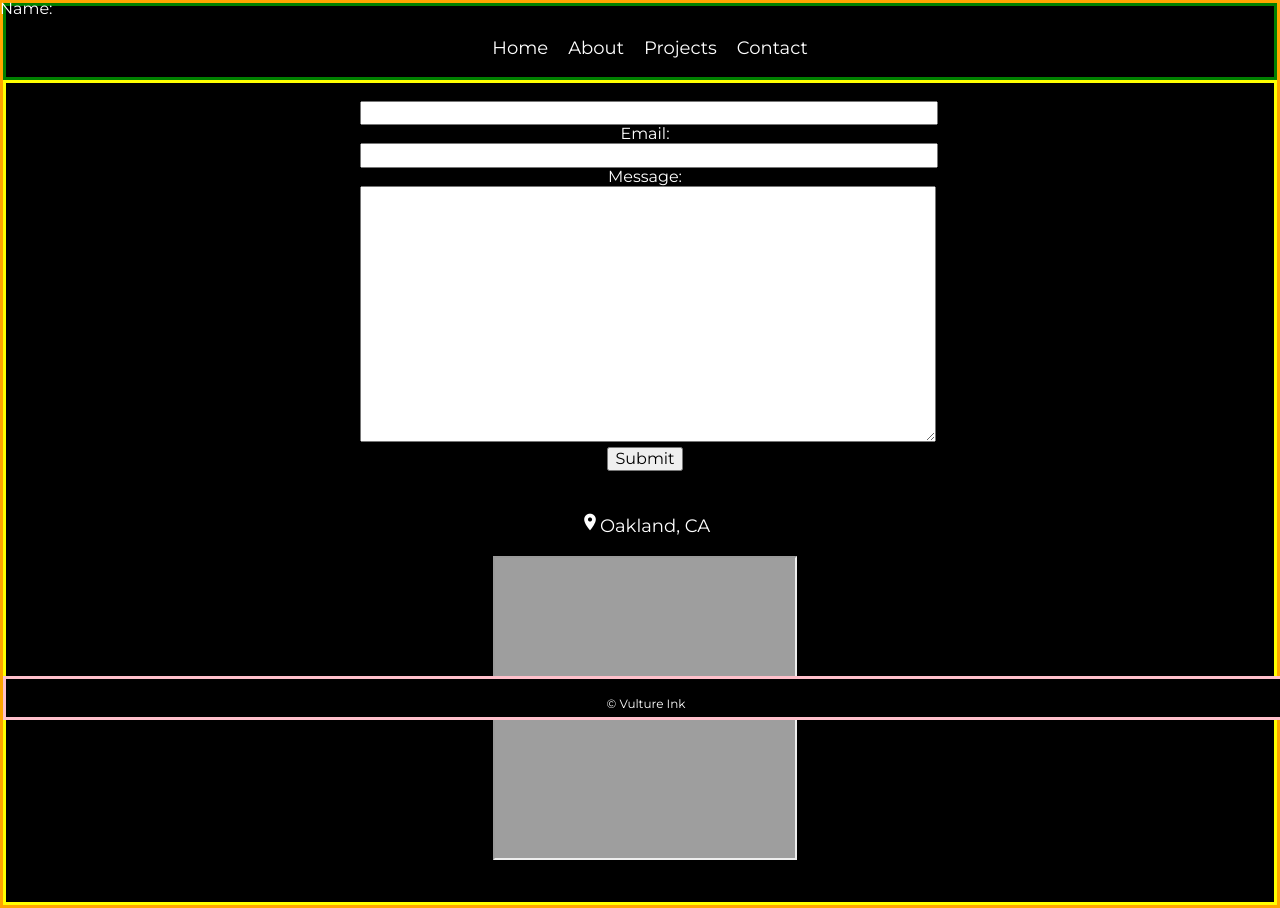
Repository: kaitlynMidori/anon_ink
Page: pages/Contact.html
These files come from the project's save history. The page is drawn as it stood at one moment and after the next save; the edit follows.
The browser window is 1280 px wide. The pictures show the whole page.
Pictures or frames that could not be fetched are drawn as grey boxes. Some web libraries are served in a nearby version.

Above is the page before, as saved 2021-09-07 13:22:00.

### pages/Contact.html
<!DOCTYPE html>
<html lang= "en">
    <head>
        <meta charset="utf-8">
        <meta name="viewport" content="width=device-width, initial-scale=1.0">
        <title>Contact</title>
        <link href="https://cdnjs.cloudflare.com/ajax/libs/normalize/8.0.1/normalize.min.css" rel="stylesheet" type="text/css" />
        <link href="https://fonts.googleapis.com/css2?family=Montserrat&display=swap" rel="stylesheet">
        <link href="../style.css" rel="stylesheet" type="text/css" />
      </head>

<body>

    <header>
        <!-- <div class="logo">ANONYMOUS INK</div> -->
        <nav>
          <ul id="menu">
            <li><a href="/index.html">Home</a></li>
            <li><a href="/Pages/About.html">About</a></li>
            <li><a href="/Pages/Projects.html">Projects</a></li>
            <!-- <li><a href="/Pages/Resume.html">Resume</a></li> -->
            <li><a href="/Pages/Contact.html">Contact</a></li>
          </ul>
        </nav>
      </header>
<main>

<!-- Contact -->

    <section>
      <!-- <h2>Get in Touch</h2> -->
      <div class="contact-container">

        <div class="contact-form">
            <form action="https://formspree.io/f/xrgoqyge" method="post">
              <label class="user-name" data-shrink="false">Name:</label>
              <input id="user-name" type="text" name="name">

              <label for="user-email">Email:</label>
              <input id="user-email" type="text" name="email">

              <label for="user-message">Message:</label> <textarea id="user-message" name="message"></textarea>
              <button type="submit">Submit</button>
            </form>
          </div>
          <div class="location">
            <p><i class="material-icons" style="font-size:20px">location_on</i>Oakland, CA</p>
            <p><iframe src="https://www.google.com/maps/embed?pb=!1m18!1m12!1m3!1d201877.73430325926!2d-122.37538914908166!3d37.758634650214724!2m3!1f0!2f0!3f0!3m2!1i1024!2i768!4f13.1!3m3!1m2!1s0x80857d8b28aaed03%3A0x71b415d535759367!2sOakland%2C%20CA!5e0!3m2!1sen!2sus!4v1602104516145!5m2!1sen!2sus" width="300" height="300" allowfullscreen="" ></iframe></p>
          </div>
      </div>
    </section>
  </main>

  <footer>
    <p>© Vulture Ink</p>
  </footer>
  <script
      src="https://code.jquery.com/jquery-3.2.1.min.js"
      integrity="sha256-hwg4gsxgFZhOsEEamdOYGBf13FyQuiTwlAQgxVSNgt4="
      crossorigin="anonymous"></script>
<link rel="stylesheet" href="https://cdnjs.cloudflare.com/ajax/libs/font-awesome/4.7.0/css/font-awesome.min.css">
<link href="https://fonts.googleapis.com/icon?family=Material+Icons" rel="stylesheet">

  </body>
</html>

### style.css

/***************** General ******************/
body {
    border: solid orange;
    height: 100%;
    background-color: black;
    color: white;
    margin: none;
    font-family: 'Montserrat', sans-serif;
    padding-top: 0;
  }

  /************** navigation ***************/
  header nav {
    display: flex;
    flex-direction: row;
    justify-content: center;
    margin-top: 14px;
  }

  header nav ul {
    display: flex;
    flex-direction: row;
    padding-bottom: 0;
  }

  header nav ul li {
    list-style-type: none;
  }

  header ul li a {
    color: white;
    text-decoration: none;
    padding: 0 20px 0 0;
    font-family: 'Montserrat', sans-serif;
  }

  /************* Primary Groups ****************/
  header {
    font-size: 18px;
    background-color: black;
    margin: 0;
    border: solid green;
  }

  main {
    margin: auto;
    justify-content: center;
    justify-items: center;
    text-align: center;
    border: solid yellow;
    padding-top: 10px;
    padding-bottom: 10px;
  }

  footer {
    position: fixed;
    background-color: black;
    bottom: 0;
    width: 100%;
    border: solid pink;
  }

  /****************** Typography ******************/
  h1 {
    font-size: 28px;
    font-family: 'Montserrat', sans-serif;
    color: white;
    font-weight: 400;
  }

  h2 {
    font-size: 26px;
    color: rgb(17, 17, 17);
    font-family: 'Montserrat', sans-serif;
    text-align: center;
    font-weight: 400;
    margin: 0 10px;
  }

  h3 {
    font-size: 15px;
    font-family: 'Montserrat', sans-serif;
    font-weight: 430;
  }

  p {
    font-family: 'Montserrat', sans-serif;
    font-size: 18px;
    line-height: 1.3em;
    margin-bottom: 0;
  }

  main a {
    font-weight: 700;
    text-decoration: none;
  }

  main a:visited{
    color: blue;
  }
  /* main main a:hover{color: greenyellow;} */
  /* a:active{color:  rgb(143, 156, 33);} */

  footer p {
    font-size: 12px;
    color: white;
    text-align: center;
    padding: 5px;
  }

  footer h2 {
    color: black;
  }
/*
  img.image-enhanced {
    max-width: 350px;
    border-radius: 8px;
  }

  .item-double {
    color: rgb(17, 17, 17);
    flex: 2;
  }
   */
  /* Desktop groups/items */
  /* @media all and (min-width: 600px){
    section {
      padding: 0%;
    }
    .group {
      display: flex;
      flex-direction: row;
      flex-wrap: wrap;
    }
  } */

  /* ***********  home ************** */

  .home-video {
    position: fixed;
    right: 0px;
    bottom: 0px;
    min-width: 100%;
    min-height: 100%;
    width: auto;
    height: auto;
    z-index: -1;
  }

  /* ************ about *************** */

  .about-container {
    overflow: scroll;
    align-items: center;
    justify-content: center;
    flex-direction: column-reverse;
    margin: auto;
    padding: 15px;
    display: flex;
    text-align: center;
    flex-wrap: wrap;
  }

  .about-item {
    text-align: left;
    display: flex;
    flex-wrap: wrap;
    margin: auto;
  }

  /**************** projects ****************/
  .card-container {
    max-width: 900px;
    min-width: 370px;
    margin: auto;
    display: flex;
    flex-direction: row;
    flex-wrap: wrap;
    justify-content: space-evenly;
    text-align: center;
    padding-top: 10px;
  }

  .row-one {
    justify-content: space-evenly;
    display: flex;
    flex-wrap: wrap;
  }

  .card p {
    font-size: 14px;
    padding-left: 4px;
    padding-right: 4px;
  }

  .card #card1 {
    padding-top: 5px;
    background-repeat: no-repeat;
    background-size:cover;
    background-position: top;
    display: block;
    margin: 0 auto;
    text-indent: -9999px;
    width: 15rem;
    height: 20rem;
    border: transparent;
  }

  .card #card1:hover {
    font-size: 30px;
    color: black;
    display: block;
    margin: 0 auto;
    text-indent: 0;
    justify-content: center;
    background-color: rgb(238, 228, 211, .8);
    background-blend-mode: hue;
  }

  .card #card2 {
    padding-top: 5px;
    background-repeat: no-repeat;
    background-size:cover;
    background-position: top;
    display: block;
    margin: 0 auto;
    text-indent: -9999px;
    width: 15rem;
    height: 20rem;
    border: transparent;
  }

  .card #card2:hover {
    font-size: 30px;
    color: black;
    display: block;
    margin: 0 auto;
    text-indent: 0;
    justify-content: center;
    background-color: rgb(238, 228, 211, .8);
    background-blend-mode: hue;
  }

  .card #card3 {
    padding-top: 5px;
    background-repeat: no-repeat;
    background-size:cover;
    background-position: top;
    display: block;
    margin: 0 auto;
    text-indent: -9999px;
    width: 15rem;
    height: 20rem;
    border: transparent;
  }

  .card #card3:hover {
    font-size: 30px;
    color: black;
    display: block;
    margin: 0 auto;
    text-indent: 0;
    justify-content: center;
    background-color: rgb(238, 228, 211, .8);
    background-blend-mode: hue;
  }

  .card #card4 {
    padding-top: 5px;
    background-repeat: no-repeat;
    background-size:cover;
    background-position: top;
    display: block;
    margin: 0 auto;
    text-indent: -9999px;
    width: 15rem;
    height: 20rem;
    border: transparent;
  }

  .card #card4:hover {
    font-size: 30px;
    color: black;
    display: block;
    margin: 0 auto;
    text-indent: 0;
    justify-content: center;
    background-color: rgb(238, 228, 211, .8);
    background-blend-mode: hue;
  }

  .card #card5 {
    padding-top: 5px;
    background-repeat: no-repeat;
    background-size:cover;
    background-position: top;
    display: block;
    margin: 0 auto;
    text-indent: -9999px;
    width: 15rem;
    height: 20rem;
    border: transparent;
  }

  .card #card5:hover {
    font-size: 30px;
    color: black;
    display: block;
    margin: 0 auto;
    text-indent: 0;
    justify-content: center;
    background-color: rgb(238, 228, 211, .8);
    background-blend-mode: hue;
  }

  .card #card6 {
    padding-top: 5px;
    background-repeat: no-repeat;
    background-size:cover;
    background-position: top;
    display: block;
    margin: 0 auto;
    text-indent: -9999px;
    width: 15rem;
    height: 20rem;
    border: transparent;
  }

  .card #card6:hover {
    font-size: 30px;
    color: black;
    display: block;
    margin: 0 auto;
    text-indent: 0;
    justify-content: center;
    background-color: rgb(238, 228, 211, .8);
    background-blend-mode: hue;
  }

  /* The flip card container - set the width and height to whatever you want. We have added the border property to demonstrate that the flip itself goes out of the box on hover (remove perspective if you don't want the 3D effect */
  .card {
    backface-visibility: hidden;
    -webkit-backface-visibility: hidden;
    border: solid;
    border-color: transparent;
    background-color: transparent;
    width: 15rem;
    height: 20rem;
    margin-bottom: 20px;
    -webkit-perspective: 1000px;
    perspective: 1000px; /* Remove this if you don't want the 3D effect */
  }

  /* This container is needed to position the front and back side */
  .card-inner {
    position: relative;
    width: 100%;
    height: 100%;
    text-align: center;
    transition: transform 0.8s;
    -webkit-transition: -webkit-transform 0.8s;
    transform-style: preserve-3d;
    -webkit-transform-style: preserve-3d;
   transition-property: -webkit-transform;
   -webkit-transition-property: -webkit-transform;
   transition-duration: 1.5s;
   -webkit-transition-duration: 1.5s;
    backface-visibility: hidden;
    -webkit-backface-visibility: hidden;
  }

  /* Position the front and back side */
  .card-one-front {
    position: absolute;
    border-radius: 10px;
    margin-bottom: 20px;
    background-color: #ddd;
    background-image: url(./images/WalnutVaneerChair.png);
    opacity: .8;
    background-repeat: no-repeat;
    background-size:cover;
    background-position: top;
  }

  .card-two-front {
    position: absolute;
    -webkit-backface-visibility: hidden;
    backface-visibility: hidden;
    border-radius: 10px;
    margin-bottom: 20px;
    background-image: url(./images/MarilynFramed.png);
    opacity: .8;
    background-repeat: no-repeat;
    background-color: #ddd;
    background-size:cover;
    background-position: top;
    }

  .card-three-front {
    position: absolute;
    -webkit-backface-visibility: hidden;
    backface-visibility: hidden;
    border-radius: 10px;
    margin-bottom: 20px;
    background-image: url(./images/FvfXn.png);
    opacity: .8;
    background-repeat: no-repeat;
    background-color: #ddd;
    background-size:cover;
    background-position: top;
  }

  .card-four-front {
    position: absolute;
    -webkit-backface-visibility: hidden;
    backface-visibility: hidden;
    border-radius: 10px;
    margin-bottom: 20px;
    background-image: url(./images/Oakchair_angle.png);
    opacity: .8;
    background-repeat: no-repeat;
    background-color: #ddd;
    background-size:cover;
    background-position: left;
  }

  .card-five-front {
    position: absolute;
    -webkit-backface-visibility: hidden;
    backface-visibility: hidden;
    border-radius: 10px;
    margin-bottom: 20px;
    background-image: url(./images/SurfboardCoffetable.png);
    opacity: .8;
    background-repeat: no-repeat;
    background-color: #ddd;
    background-size:cover;
    background-position: top;
  }

  .card-six-front {
    position: absolute;
    -webkit-backface-visibility: hidden;
    backface-visibility: hidden;
    border-radius: 10px;
    margin-bottom: 20px;
    background-image: url(./images/CELLO_BELYTRIAL_PUZZLEJOINTS.png);
    opacity: .8;
    background-repeat: no-repeat;
    background-color: #ddd;
    background-size:cover;
    background-position: top;
  }

  /* ***************** Contact ****************** */
  .contact-container {
    display: inline-flex;
    flex-direction: row;
    flex-wrap: wrap;
    height: 100%;
    width: 100%;
    padding: 5px;
    margin: auto;
    align-items: center;
    align-content: center;
  }

  .contact-form {
    display: flex;
    max-width: 50%;
    height: 80%;
    margin: auto;
    border: solid;
    border-color: transparent;
  }

  .location {
    width: 100%;
    margin-top: 20px;
    margin-bottom: 20px;
  }
  /****** Contact Form Design ******/
  form input, form textarea {
    width: 100%;
    margin-bottom: 20px;
    margin: auto;
  }

  form textarea {
    height: 250px;
  }

 label.user-name {
    top: 0;
    left: 0;
    position: absolute;
  }

  form {
    display: block;
    margin-top: 0em;
  }

After the next save:
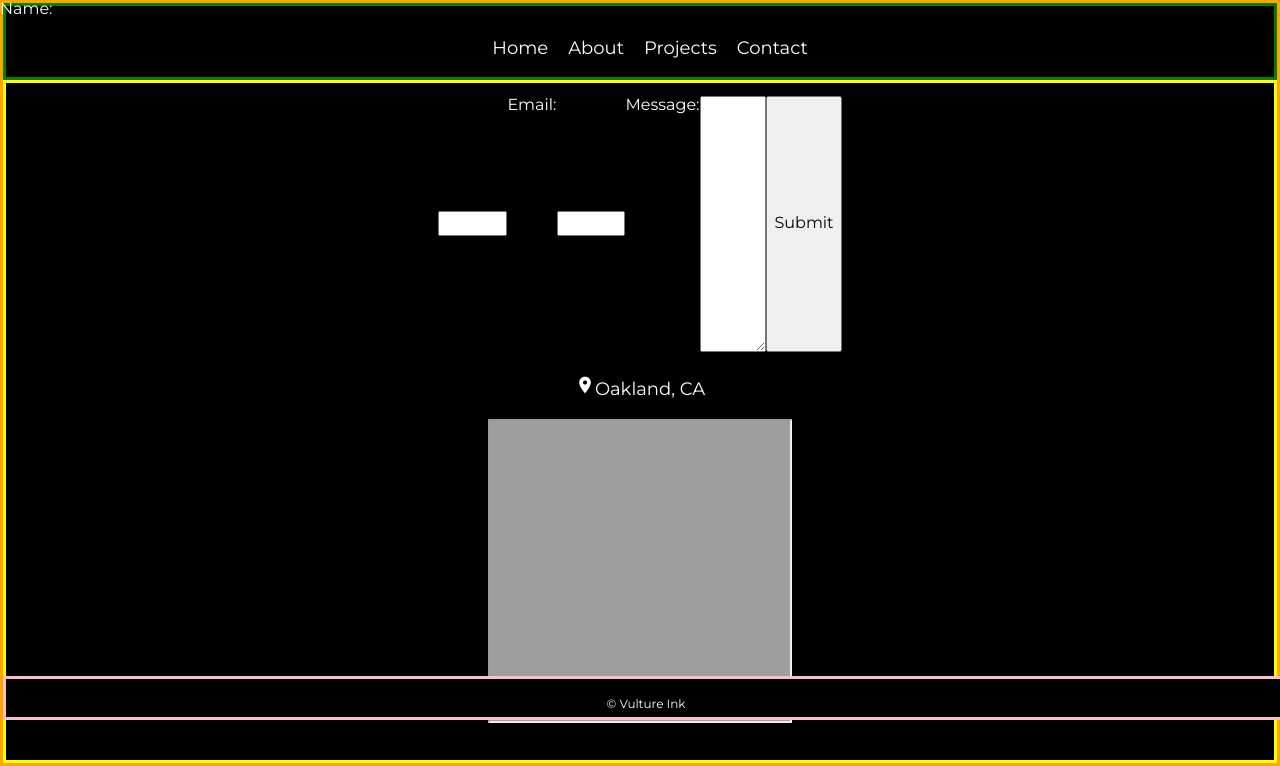
Saved 5 min 15 s later.
--- a/pages/Contact.html
+++ b/pages/Contact.html
@@ -28,8 +28,10 @@
 <!-- Contact -->
 
     <section>
+      <form class="multi-form">
       <!-- <h2>Get in Touch</h2> -->
-      <div class="contact-container">
+      <div class="multi-form-root">
+      <!-- <div class="contact-container"> -->
 
         <div class="contact-form">
             <form action="https://formspree.io/f/xrgoqyge" method="post">
@@ -48,6 +50,7 @@
             <p><iframe src="https://www.google.com/maps/embed?pb=!1m18!1m12!1m3!1d201877.73430325926!2d-122.37538914908166!3d37.758634650214724!2m3!1f0!2f0!3f0!3m2!1i1024!2i768!4f13.1!3m3!1m2!1s0x80857d8b28aaed03%3A0x71b415d535759367!2sOakland%2C%20CA!5e0!3m2!1sen!2sus!4v1602104516145!5m2!1sen!2sus" width="300" height="300" allowfullscreen="" ></iframe></p>
           </div>
       </div>
+    </form>
     </section>
   </main>
 
